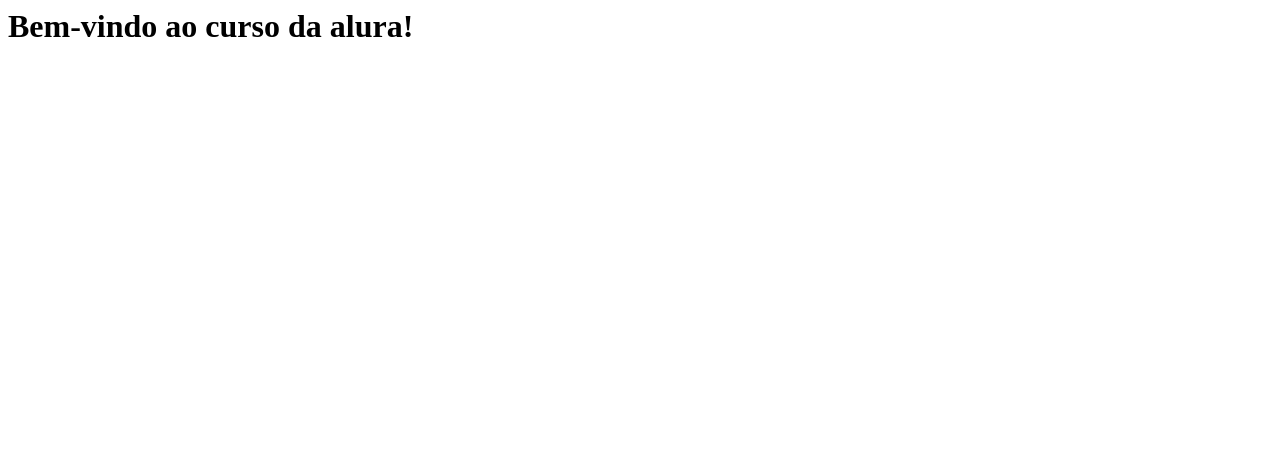
Repository: BianchiDev/Curso_Alura
Page: gerenciador/src/main/webapp/bem-vindo.html
An editor plug-in stored every save of this project. The page is shown before and after the next save, followed by the edit.
The browser window is 1280 px wide. The pictures show the whole page.

Above is the page before, as saved 2022-09-07 00:09:07.

### gerenciador/src/main/webapp/bem-vindo.html
<html>
<body>
<h1>Bem-vindo ao curso da alura!</h1>
</body>
</html>

After the next save:
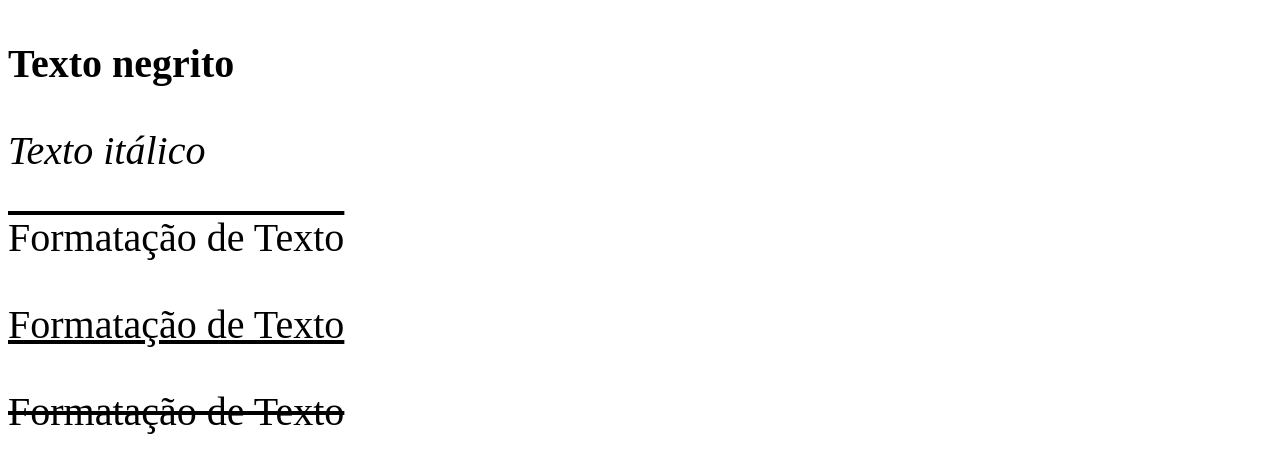
Saved 9 min 48 s later.
--- a/gerenciador/src/main/webapp/bem-vindo.html
+++ b/gerenciador/src/main/webapp/bem-vindo.html
@@ -1,5 +1,45 @@
+<!DOCTYPE html>
 <html>
-<body>
-<h1>Bem-vindo ao curso da alura!</h1>
-</body>
+	<head>
+		<title>Estilos de textos</title>
+		<meta charset="utf-8">
+
+		<style type="text/css">
+
+		body{
+			font-size: 40px;
+			font-family: "Times New Roman", Times, serif;
+		}
+		.negrito{
+			/*normal,bold, de 100 até 900*/
+			font-weight: 700;
+		}
+		.italico{
+			font-style: italic;
+		}
+		.formatacao1{
+			text-decoration: overline;
+		}
+		.formatacao2{
+			text-decoration: underline;
+		}
+		.formatacao3{
+			text-decoration: line-through;
+		}
+		</style>
+
+	</head>
+	<body>
+
+			<p class="negrito">Texto negrito</p>
+			<p class="italico">Texto itálico</p>
+
+			<p class="formatacao1">Formatação de Texto </p>
+			<p class="formatacao2">Formatação de Texto </p>
+			<p class="formatacao3">Formatação de Texto </p>
+
+
+
+
+	</body>
 </html>
